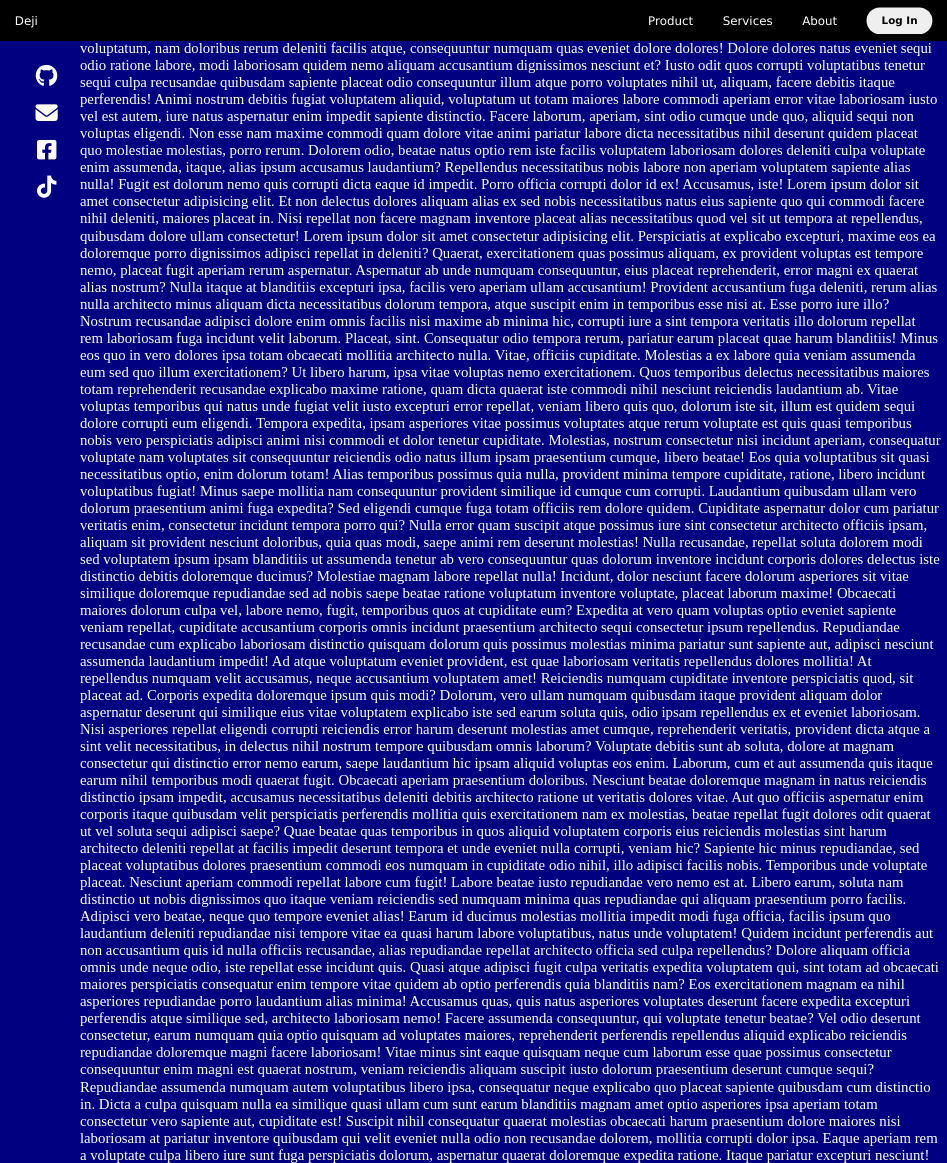
Repository: imokha01/Flexbox-and-Position-Example
Page: index.html
These files come from the project's save history. The page is drawn as it stood at one moment and after the next save; the edit follows.
The browser window is 1280 px wide. The pictures show the whole page, at 74% of full size.

Above is the page before, as saved 2023-11-21 17:24:32.

### index.html
<!DOCTYPE html>
<html lang="en">
  <head>
    <meta charset="UTF-8" />
    <meta name="viewport" content="width=device-width, initial-scale=1.0" />
    <title>Document</title>
    <link rel="stylesheet" href="./index.css" />
    <link
      rel="stylesheet"
      href="https://cdnjs.cloudflare.com/ajax/libs/font-awesome/6.4.2/css/all.min.css"
      integrity="sha512-z3gLpd7yknf1YoNbCzqRKc4qyor8gaKU1qmn+CShxbuBusANI9QpRohGBreCFkKxLhei6S9CQXFEbbKuqLg0DA=="
      crossorigin="anonymous"
      referrerpolicy="no-referrer"
    />
  </head>
  <body>
    <nav>
      <div id="logo">Deji</div>
      <div class="right">
        <div class="link_container">
          <a href="">Product</a>
          <a href="">Services</a>
          <a href="">About</a>
        </div>
        <button>Log In</button>
      </div>
    </nav>
    <main>
      <aside>
        <i class="fa-brands fa-github"></i>
        <i class="fa-solid fa-envelope"></i>
        <i class="fa-brands fa-square-facebook"></i>
        <i class="fa-brands fa-tiktok"></i>
        <i class="fa-brands fa-x-twitter"></i>
      </aside>
      <section class="para">
        Lorem ipsum dolor sit amet consectetur adipisicing elit. Deserunt
        asperiores laborum, doloribus iste molestiae sint mollitia ducimus
        fugiat dolorum, temporibus cumque odit fuga expedita nobis voluptatem
        optio, dolore consequatur omnis minus dignissimos illum? Exercitationem
        voluptatum, nam doloribus rerum deleniti facilis atque, consequuntur
        numquam quas eveniet dolore dolores! Dolore dolores natus eveniet sequi
        odio ratione labore, modi laboriosam quidem nemo aliquam accusantium
        dignissimos nesciunt et? Iusto odit quos corrupti voluptatibus tenetur
        sequi culpa recusandae quibusdam sapiente placeat odio consequuntur
        illum atque porro voluptates nihil ut, aliquam, facere debitis itaque
        perferendis! Animi nostrum debitis fugiat voluptatem aliquid, voluptatum
        ut totam maiores labore commodi aperiam error vitae laboriosam iusto vel
        est autem, iure natus aspernatur enim impedit sapiente distinctio.
        Facere laborum, aperiam, sint odio cumque unde quo, aliquid sequi non
        voluptas eligendi. Non esse nam maxime commodi quam dolore vitae animi
        pariatur labore dicta necessitatibus nihil deserunt quidem placeat quo
        molestiae molestias, porro rerum. Dolorem odio, beatae natus optio rem
        iste facilis voluptatem laboriosam dolores deleniti culpa voluptate enim
        assumenda, itaque, alias ipsum accusamus laudantium? Repellendus
        necessitatibus nobis labore non aperiam voluptatem sapiente alias nulla!
        Fugit est dolorum nemo quis corrupti dicta eaque id impedit. Porro
        officia corrupti dolor id ex! Accusamus, iste! Lorem ipsum dolor sit
        amet consectetur adipisicing elit. Et non delectus dolores aliquam alias
        ex sed nobis necessitatibus natus eius sapiente quo qui commodi facere
        nihil deleniti, maiores placeat in. Nisi repellat non facere magnam
        inventore placeat alias necessitatibus quod vel sit ut tempora at
        repellendus, quibusdam dolore ullam consectetur! Lorem ipsum dolor sit
        amet consectetur adipisicing elit. Perspiciatis at explicabo excepturi,
        maxime eos ea doloremque porro dignissimos adipisci repellat in
        deleniti? Quaerat, exercitationem quas possimus aliquam, ex provident
        voluptas est tempore nemo, placeat fugit aperiam rerum aspernatur.
        Aspernatur ab unde numquam consequuntur, eius placeat reprehenderit,
        error magni ex quaerat alias nostrum? Nulla itaque at blanditiis
        excepturi ipsa, facilis vero aperiam ullam accusantium! Provident
        accusantium fuga deleniti, rerum alias nulla architecto minus aliquam
        dicta necessitatibus dolorum tempora, atque suscipit enim in temporibus
        esse nisi at. Esse porro iure illo? Nostrum recusandae adipisci dolore
        enim omnis facilis nisi maxime ab minima hic, corrupti iure a sint
        tempora veritatis illo dolorum repellat rem laboriosam fuga incidunt
        velit laborum. Placeat, sint. Consequatur odio tempora rerum, pariatur
        earum placeat quae harum blanditiis! Minus eos quo in vero dolores ipsa
        totam obcaecati mollitia architecto nulla. Vitae, officiis cupiditate.
        Molestias a ex labore quia veniam assumenda eum sed quo illum
        exercitationem? Ut libero harum, ipsa vitae voluptas nemo
        exercitationem. Quos temporibus delectus necessitatibus maiores totam
        reprehenderit recusandae explicabo maxime ratione, quam dicta quaerat
        iste commodi nihil nesciunt reiciendis laudantium ab. Vitae voluptas
        temporibus qui natus unde fugiat velit iusto excepturi error repellat,
        veniam libero quis quo, dolorum iste sit, illum est quidem sequi dolore
        corrupti eum eligendi. Tempora expedita, ipsam asperiores vitae possimus
        voluptates atque rerum voluptate est quis quasi temporibus nobis vero
        perspiciatis adipisci animi nisi commodi et dolor tenetur cupiditate.
        Molestias, nostrum consectetur nisi incidunt aperiam, consequatur
        voluptate nam voluptates sit consequuntur reiciendis odio natus illum
        ipsam praesentium cumque, libero beatae! Eos quia voluptatibus sit quasi
        necessitatibus optio, enim dolorum totam! Alias temporibus possimus quia
        nulla, provident minima tempore cupiditate, ratione, libero incidunt
        voluptatibus fugiat! Minus saepe mollitia nam consequuntur provident
        similique id cumque cum corrupti. Laudantium quibusdam ullam vero
        dolorum praesentium animi fuga expedita? Sed eligendi cumque fuga totam
        officiis rem dolore quidem. Cupiditate aspernatur dolor cum pariatur
        veritatis enim, consectetur incidunt tempora porro qui? Nulla error quam
        suscipit atque possimus iure sint consectetur architecto officiis ipsam,
        aliquam sit provident nesciunt doloribus, quia quas modi, saepe animi
        rem deserunt molestias! Nulla recusandae, repellat soluta dolorem modi
        sed voluptatem ipsum ipsam blanditiis ut assumenda tenetur ab vero
        consequuntur quas dolorum inventore incidunt corporis dolores delectus
        iste distinctio debitis doloremque ducimus? Molestiae magnam labore
        repellat nulla! Incidunt, dolor nesciunt facere dolorum asperiores sit
        vitae similique doloremque repudiandae sed ad nobis saepe beatae ratione
        voluptatum inventore voluptate, placeat laborum maxime! Obcaecati
        maiores dolorum culpa vel, labore nemo, fugit, temporibus quos at
        cupiditate eum? Expedita at vero quam voluptas optio eveniet sapiente
        veniam repellat, cupiditate accusantium corporis omnis incidunt
        praesentium architecto sequi consectetur ipsum repellendus. Repudiandae
        recusandae cum explicabo laboriosam distinctio quisquam dolorum quis
        possimus molestias minima pariatur sunt sapiente aut, adipisci nesciunt
        assumenda laudantium impedit! Ad atque voluptatum eveniet provident, est
        quae laboriosam veritatis repellendus dolores mollitia! At repellendus
        numquam velit accusamus, neque accusantium voluptatem amet! Reiciendis
        numquam cupiditate inventore perspiciatis quod, sit placeat ad. Corporis
        expedita doloremque ipsum quis modi? Dolorum, vero ullam numquam
        quibusdam itaque provident aliquam dolor aspernatur deserunt qui
        similique eius vitae voluptatem explicabo iste sed earum soluta quis,
        odio ipsam repellendus ex et eveniet laboriosam. Nisi asperiores
        repellat eligendi corrupti reiciendis error harum deserunt molestias
        amet cumque, reprehenderit veritatis, provident dicta atque a sint velit
        necessitatibus, in delectus nihil nostrum tempore quibusdam omnis
        laborum? Voluptate debitis sunt ab soluta, dolore at magnam consectetur
        qui distinctio error nemo earum, saepe laudantium hic ipsam aliquid
        voluptas eos enim. Laborum, cum et aut assumenda quis itaque earum nihil
        temporibus modi quaerat fugit. Obcaecati aperiam praesentium doloribus.
        Nesciunt beatae doloremque magnam in natus reiciendis distinctio ipsam
        impedit, accusamus necessitatibus deleniti debitis architecto ratione ut
        veritatis dolores vitae. Aut quo officiis aspernatur enim corporis
        itaque quibusdam velit perspiciatis perferendis mollitia quis
        exercitationem nam ex molestias, beatae repellat fugit dolores odit
        quaerat ut vel soluta sequi adipisci saepe? Quae beatae quas temporibus
        in quos aliquid voluptatem corporis eius reiciendis molestias sint harum
        architecto deleniti repellat at facilis impedit deserunt tempora et unde
        eveniet nulla corrupti, veniam hic? Sapiente hic minus repudiandae, sed
        placeat voluptatibus dolores praesentium commodi eos numquam in
        cupiditate odio nihil, illo adipisci facilis nobis. Temporibus unde
        voluptate placeat. Nesciunt aperiam commodi repellat labore cum fugit!
        Labore beatae iusto repudiandae vero nemo est at. Libero earum, soluta
        nam distinctio ut nobis dignissimos quo itaque veniam reiciendis sed
        numquam minima quas repudiandae qui aliquam praesentium porro facilis.
        Adipisci vero beatae, neque quo tempore eveniet alias! Earum id ducimus
        molestias mollitia impedit modi fuga officia, facilis ipsum quo
        laudantium deleniti repudiandae nisi tempore vitae ea quasi harum labore
        voluptatibus, natus unde voluptatem! Quidem incidunt perferendis aut non
        accusantium quis id nulla officiis recusandae, alias repudiandae
        repellat architecto officia sed culpa repellendus? Dolore aliquam
        officia omnis unde neque odio, iste repellat esse incidunt quis. Quasi
        atque adipisci fugit culpa veritatis expedita voluptatem qui, sint totam
        ad obcaecati maiores perspiciatis consequatur enim tempore vitae quidem
        ab optio perferendis quia blanditiis nam? Eos exercitationem magnam ea
        nihil asperiores repudiandae porro laudantium alias minima! Accusamus
        quas, quis natus asperiores voluptates deserunt facere expedita
        excepturi perferendis atque similique sed, architecto laboriosam nemo!
        Facere assumenda consequuntur, qui voluptate tenetur beatae? Vel odio
        deserunt consectetur, earum numquam quia optio quisquam ad voluptates
        maiores, reprehenderit perferendis repellendus aliquid explicabo
        reiciendis repudiandae doloremque magni facere laboriosam! Vitae minus
        sint eaque quisquam neque cum laborum esse quae possimus consectetur
        consequuntur enim magni est quaerat nostrum, veniam reiciendis aliquam
        suscipit iusto dolorum praesentium deserunt cumque sequi? Repudiandae
        assumenda numquam autem voluptatibus libero ipsa, consequatur neque
        explicabo quo placeat sapiente quibusdam cum distinctio in. Dicta a
        culpa quisquam nulla ea similique quasi ullam cum sunt earum blanditiis
        magnam amet optio asperiores ipsa aperiam totam consectetur vero
        sapiente aut, cupiditate est! Suscipit nihil consequatur quaerat
        molestias obcaecati harum praesentium dolore maiores nisi laboriosam at
        pariatur inventore quibusdam qui velit eveniet nulla odio non recusandae
        dolorem, mollitia corrupti dolor ipsa. Eaque aperiam rem a voluptate
        culpa libero iure sunt fuga perspiciatis dolorum, aspernatur quaerat
        doloremque expedita ratione. Itaque pariatur excepturi nesciunt!

      </section>
    </main>
  </body>
</html>

### index.css
body {
    background-color: navy;
    position: relative;
}
nav {
    display: flex;
    justify-content: space-between;
    /* margin-left: 40px;
    margin-right: 40px;
    margin-top: 10px; */
    background-color: black;
    font-family: Verdana, Geneva, Tahoma, sans-serif;
    color: white;
    padding: 10px 20px;
    left: 0px;
    top: 0px;
    right: 0px;
    position: fixed;
    align-items: center;
    z-index: 2;
}

.right {
    display: flex;
    gap: 40px;
    color: white;
    align-items: center;
}
a {
    color: white;
    text-decoration: none;
}

.link_container {
    display: flex;
    gap: 40px;
}

button {

    font-size: 14px;
    text-align: center;
    padding: 10px 20px;
    border-radius: 20px;
    cursor: pointer;
    font-weight: 600;
    border: none;
    font-family: Verdana, Geneva, Tahoma, sans-serif;
}

button:hover {
    background-color: aquamarine;

}

main {
    font-size: 20px;
    display: flex;
    flex-direction: column;
    position: relative;
    height: 100vh;


}

aside {
    color: white;
    font-size:30px;;
    display: flex;
    justify-content: center;
    align-items: center;
    flex-direction: column;
    gap: 20px;
    position: absolute;
    padding-top: 30px;
    padding-bottom: 30px;
    top: 50px;
    left: 40px;
    z-index: 1;
}

.para {
    font-size: 20px;
    color: white;
    margin-left: 100px;
    mr;
    display: flex;
}

After the next save:
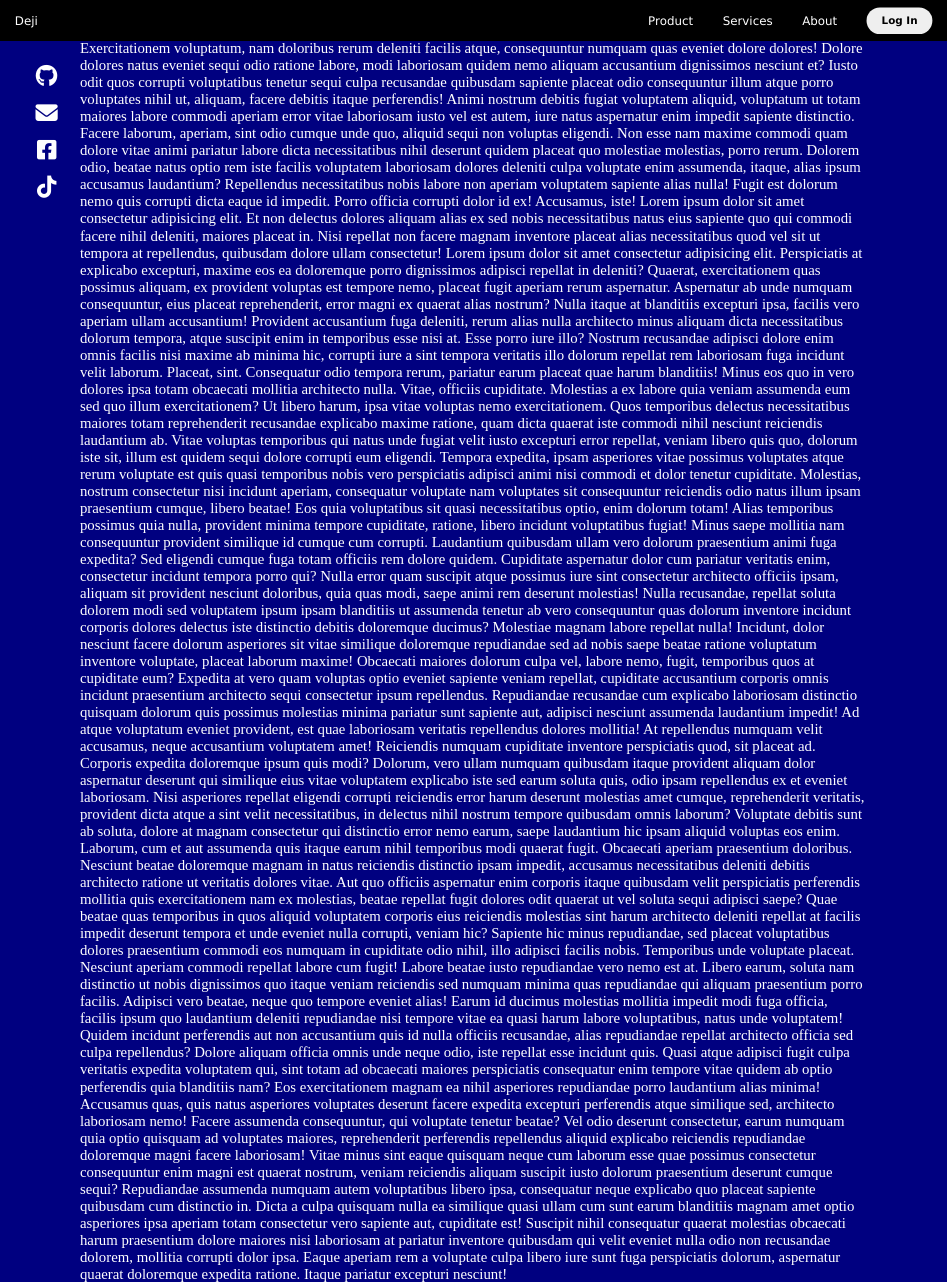
Saved 4 s later.
--- a/index.css
+++ b/index.css
@@ -83,6 +83,6 @@
     font-size: 20px;
     color: white;
     margin-left: 100px;
-    mr;
+    margin-right: 100px;;
     display: flex;
 }
